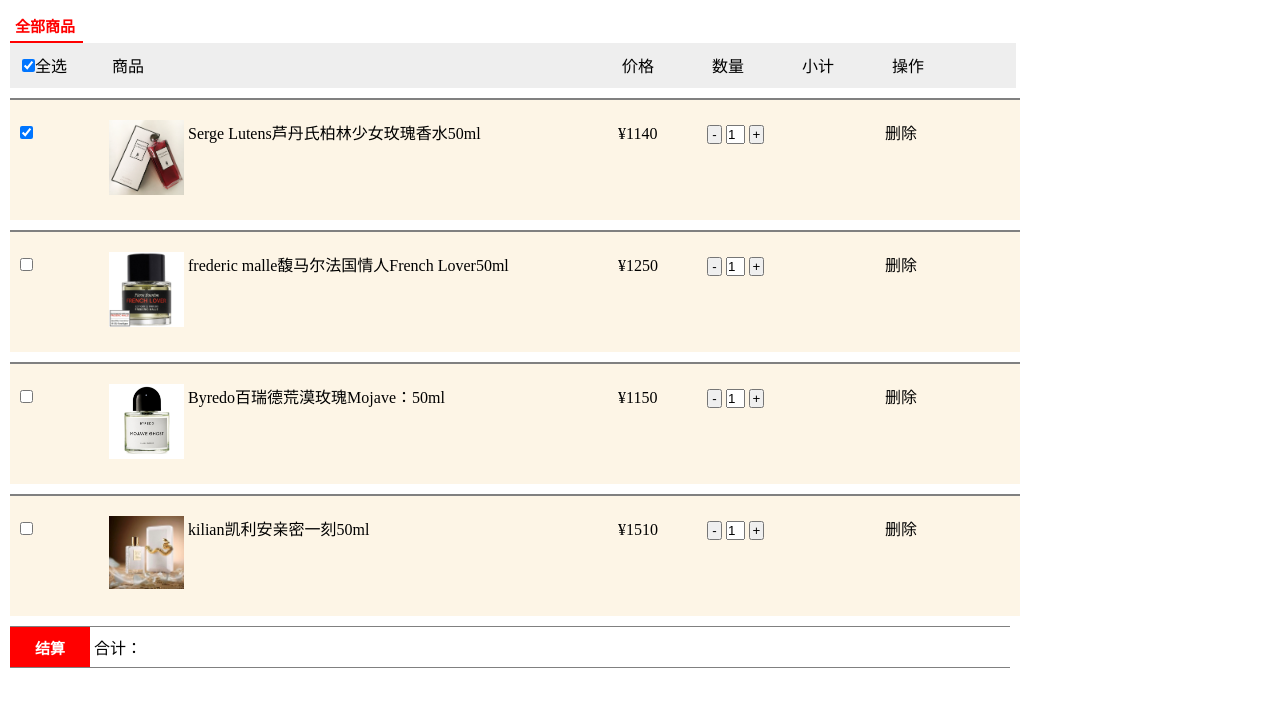
Repository: tfdonna/fontend
Page: js第一阶段/jquery/WebContent/hw02-购物车功能.html
These files come from the project's save history. The page is drawn as it stood at one moment and after the next save; the edit follows.
The browser window is 1280 px wide. The pictures show the whole page.
After loading, the first visible `#check_all` was changed once.

Above is the page before, as saved 2021-09-06 13:23:39.

### js第一阶段/jquery/WebContent/hw02-购物车功能.html
<!DOCTYPE html>
<html>
<head>
	<meta charset="UTF-8">
	<title>Insert title here</title>
	<script type="text/javascript" src="jquery.js"></script>
	<style type="text/css">
	*{
	   margin: 0;
	   padding: 0;
	}
	.cart{
	   width: 1000px;
	   position: relative;
	   margin: 10px;
	}
	.title{
	   font-size: 15px;
	   color: red;
	   font-weight: bold;
	   border-bottom: 2px solid red;
	   width: 63px;
	   padding: 5px;
	}
	ul, li{
	   list-style: none;
	   display: inline-block;
	   background: #eee;
	   padding-top: 5px;
	   padding-left: 6px;
	}
	ul{
		width: 1000px;
		height: 40px;
		justify-content:center;
	}
	#check_box{width: 80px;}
	#goods, .describe{width: 500px;}
	#price, .price{width: 80px;}
	#num, .num{width: 80px;}
	#sum, .sum{width: 80px}
	#operation, .del{width: 80px;}
	.product{
	   height: 100px;
	   width:100%;
	   border-top: 2px solid grey;
	   background:     #FDF5E6;
	   padding-left: 10px;
	   margin-top: 10px;
	   padding-top: 20px
	}
	.product div{display: inline-block; padding-right: 5px;}
	.num input {
	   width: 15px;
    }
	img{width: 15%;}
	.end{
	   width: 100%;
	   height: 40px;
	   border-bottom: 1px solid grey;
	   border-top: 1px solid grey;
	   margin-top: 10px;
	}
	.end button{
		width: 80px;
		height:100%;
		background: red;
		color: white;
		text-align: center;
		font-weight: bold;
		font-size: 15px;
		border: none;
	}
	</style>
</head>
<body>
    <div class="cart">
        <div class="title">全部商品</div>
        <ul>
            <li id="check_box">
                <input type="checkbox" id="check_all" />全选
            </li>
            <li id="goods">商品</li>
            <li id="price">价格</li>
            <li id="num">数量</li>
            <li id="sum">小计</li>
            <li id="operation">操作</li>
        </ul>
        <div class="product">
            <div id="check_box"><input type="checkbox" id="check" /></div>
            <div class="describe">
                <span><img src="images/芦丹氏.jpg" align="top"/></span>
                <span>Serge&nbsp;Lutens芦丹氏柏林少女玫瑰香水50ml</span>
            </div>

            <div class="price">¥1140</div>

            <div class="num">
                <div class="p-quantity">
			       <input type="button" class="decrease" value="-">
			       <input type="text" class="quantity" value="1"/>
			       <input type="button" class="increase" value="+">
                </div>
            </div>

            <div class="sum"></div>

            <div class="del">删除</div>
        </div>

        <div class="product">
            <div id="check_box"><input type="checkbox" id="check" /></div>
            <div class="describe">
                <span><img src="images/frederic.jpg" align="top"/></span>
                <span>frederic&nbsp;malle馥马尔法国情人French Lover50ml</span>
            </div>

            <div class="price">¥1250</div>

            <div class="num">
                <div class="p-quantity">
                   <input type="button" class="decrease" value="-">
                   <input type="text" class="quantity" value="1"/>
                   <input type="button" class="increase" value="+">
                </div>
            </div>

            <div class="sum"></div>

            <div class="del">删除</div>
        </div>

        <div class="product">
            <div id="check_box"><input type="checkbox" id="check" /></div>
            <div class="describe">
                <span><img src="images/百瑞德.jpg" align="top"/></span>
                <span>Byredo百瑞德荒漠玫瑰Mojave：50ml</span>
            </div>

            <div class="price">¥1150</div>

            <div class="num">
                <div class="p-quantity">
                   <input type="button" class="decrease" value="-">
                   <input type="text" class="quantity" value="1"/>
                   <input type="button" class="increase" value="+">
                </div>
            </div>

            <div class="sum"></div>

            <div class="del">删除</div>
        </div>

        <div class="product">
            <div id="check_box"><input type="checkbox" id="check" /></div>
            <div class="describe">
                <span><img src="images/kilian.jpg" align="top"/></span>
                <span>kilian凯利安亲密一刻50ml</span>
            </div>

            <div class="price">¥1510</div>

            <div class="num">
                <div class="p-quantity">
                   <input type="button" class="decrease" value="-">
                   <input type="text" class="quantity" value="1"/>
                   <input type="button" class="increase" value="+">
                </div>
            </div>

            <div class="sum"></div>

            <div class="del">删除</div>
        </div>

        <div class="end">
            <button>结算</button>
            <span>合计：</span>
        </div>
    </div>

    <script type="text/javascript">
        $(function () {
			//全选
			$('#check_all').change(function () {
				$('#check').prop('checked', $(this).prop('checked'));
			})
			$('#check').change(function () {
				if($('#check:checked').length === $('#check').length){
					$('#check_all').prop('checked', true);
				}else{
					$('#check_all').prop('checked', false);
				}
			})
		})
    </script>
</body>
</html>

Loaded but not shown: js第一阶段/jquery/WebContent/jquery.js (library)

After the next save:
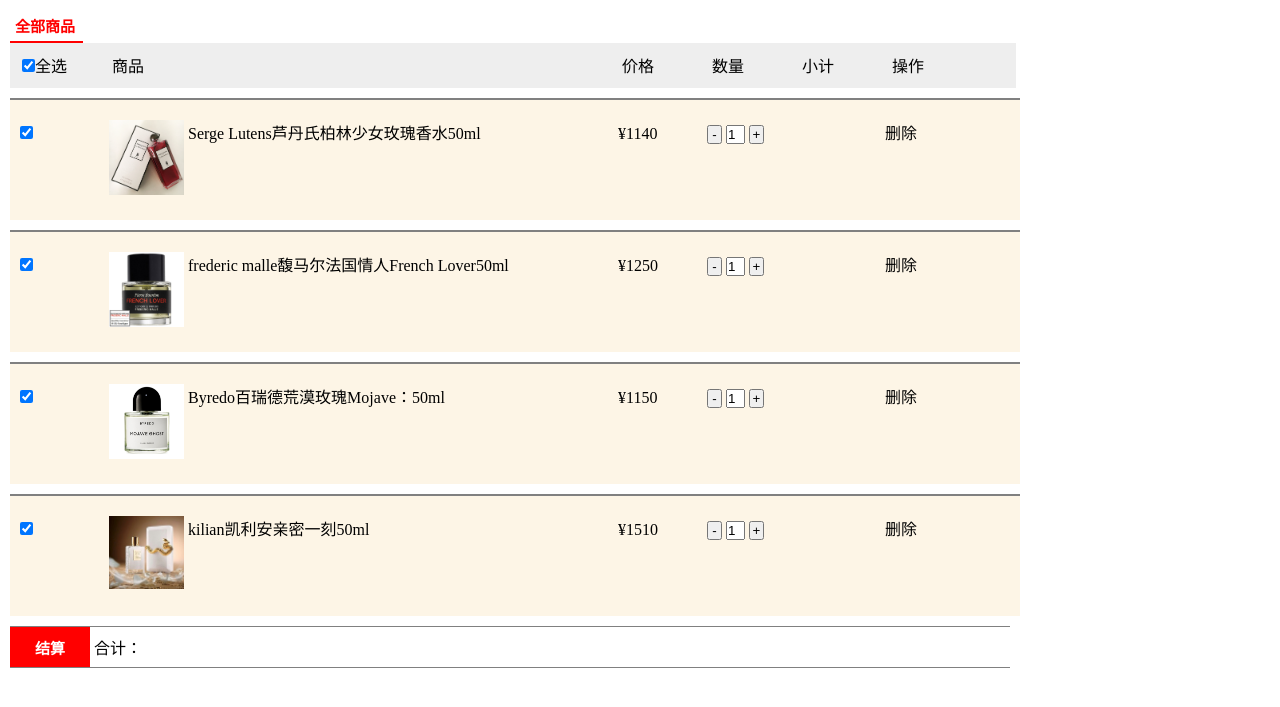
Saved 2 min 14 s later.
--- a/js第一阶段/jquery/WebContent/hw02-购物车功能.html
+++ b/js第一阶段/jquery/WebContent/hw02-购物车功能.html
@@ -181,19 +181,21 @@
     </div>
 
     <script type="text/javascript">
-        $(function () {
-			//全选
-			$('#check_all').change(function () {
-				$('#check').prop('checked', $(this).prop('checked'));
-			})
-			$('#check').change(function () {
-				if($('#check:checked').length === $('#check').length){
-					$('#check_all').prop('checked', true);
-				}else{
-					$('#check_all').prop('checked', false);
-				}
-			})
-		})
+    $(function () {
+        $('#check_all').change(function () {
+            $('#check_box input').prop('checked', $(this).prop('checked'));
+        })
+        //给下面的所有小按钮绑定change事件
+        $('#check_box input').change(function () {
+            //input:checked 表示所有选中的in剖图框
+            if ($('#check_box input:checked').length === $("#check_box input").length) {//所有都选中
+                $("#check_all").prop("checked", true);
+            } else {
+                $("#check_all").prop("checked", false);
+
+            }
+        })
+    })
     </script>
 </body>
 </html>
